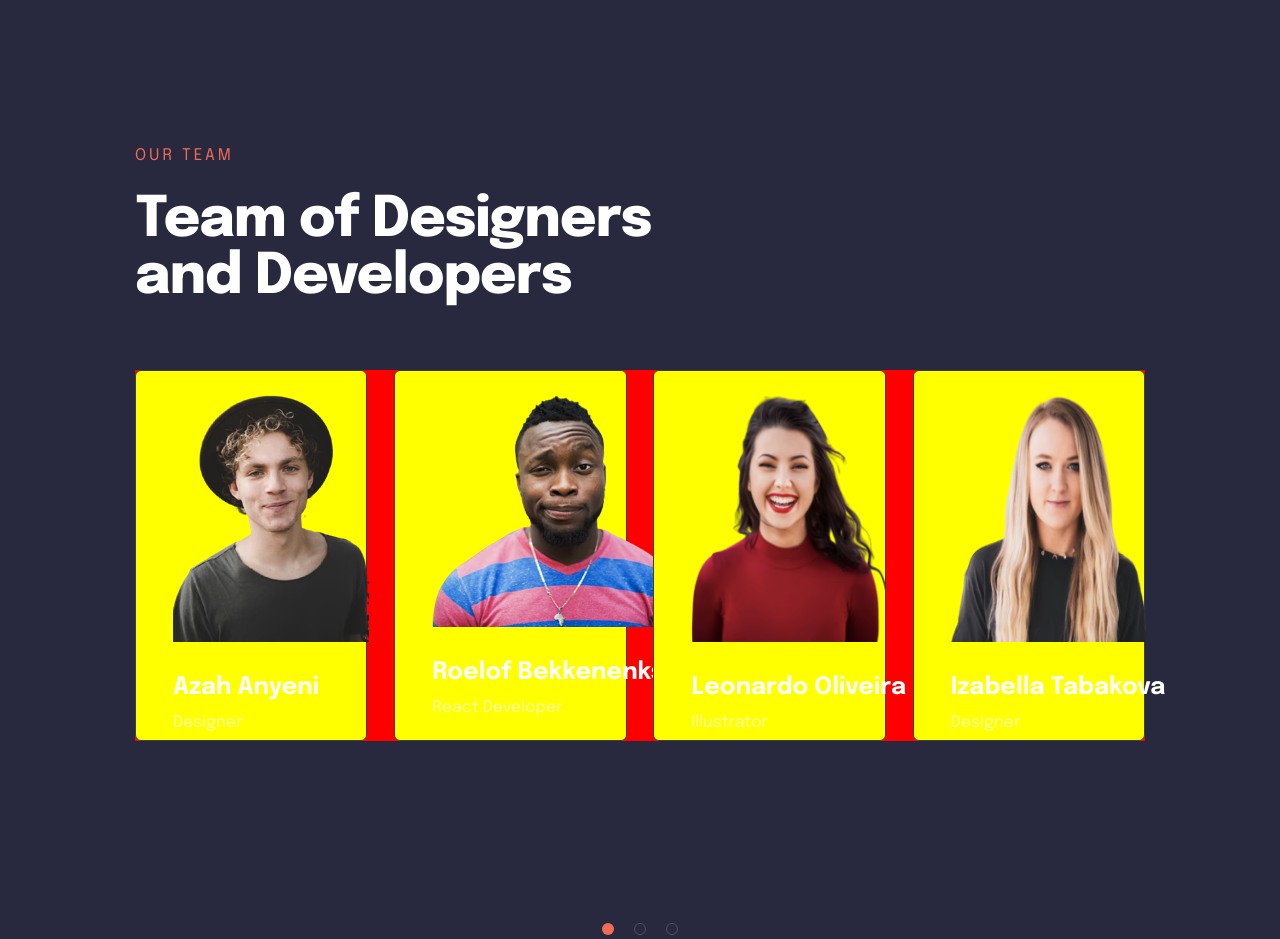
Repository: simralgasimov/ourteam
Page: index.html
The author's editor kept a copy of each file at every save. The page is drawn from the files as they stood at one save, then again after the next save.
The browser window is 1280 px wide. The pictures show the whole page.

Above is the page before, as saved 2023-09-06 13:04:54.

After the next save:
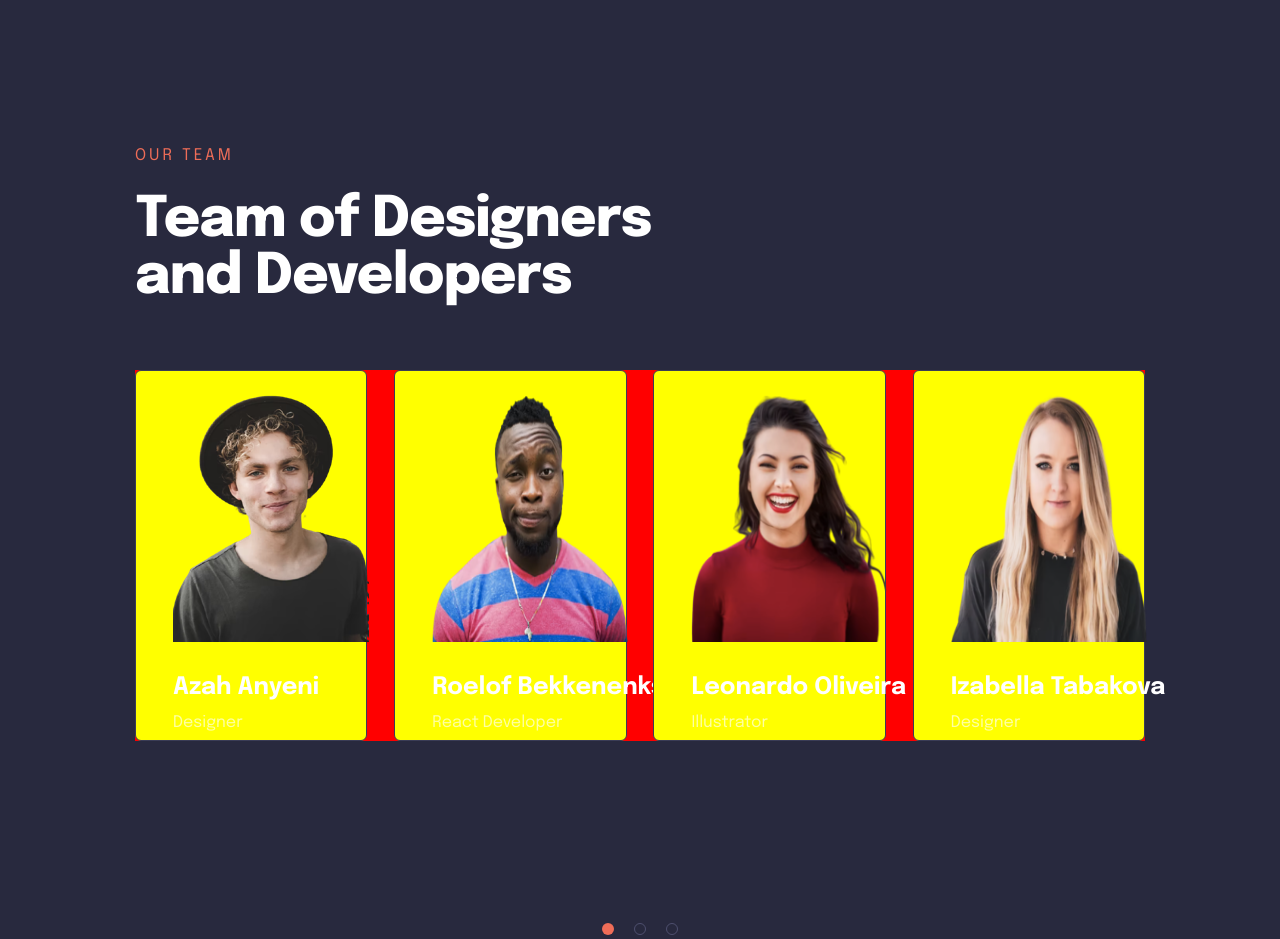
Saved 5 s later.
--- a/index.css
+++ b/index.css
@@ -55,7 +55,7 @@
   height: 247px;
 }
 
-.container-1 .box:first-child img {
+.container-1 .box:nth-child(2) img {
   width: 196px;
   height: 247px;
 }

After the save that followed:
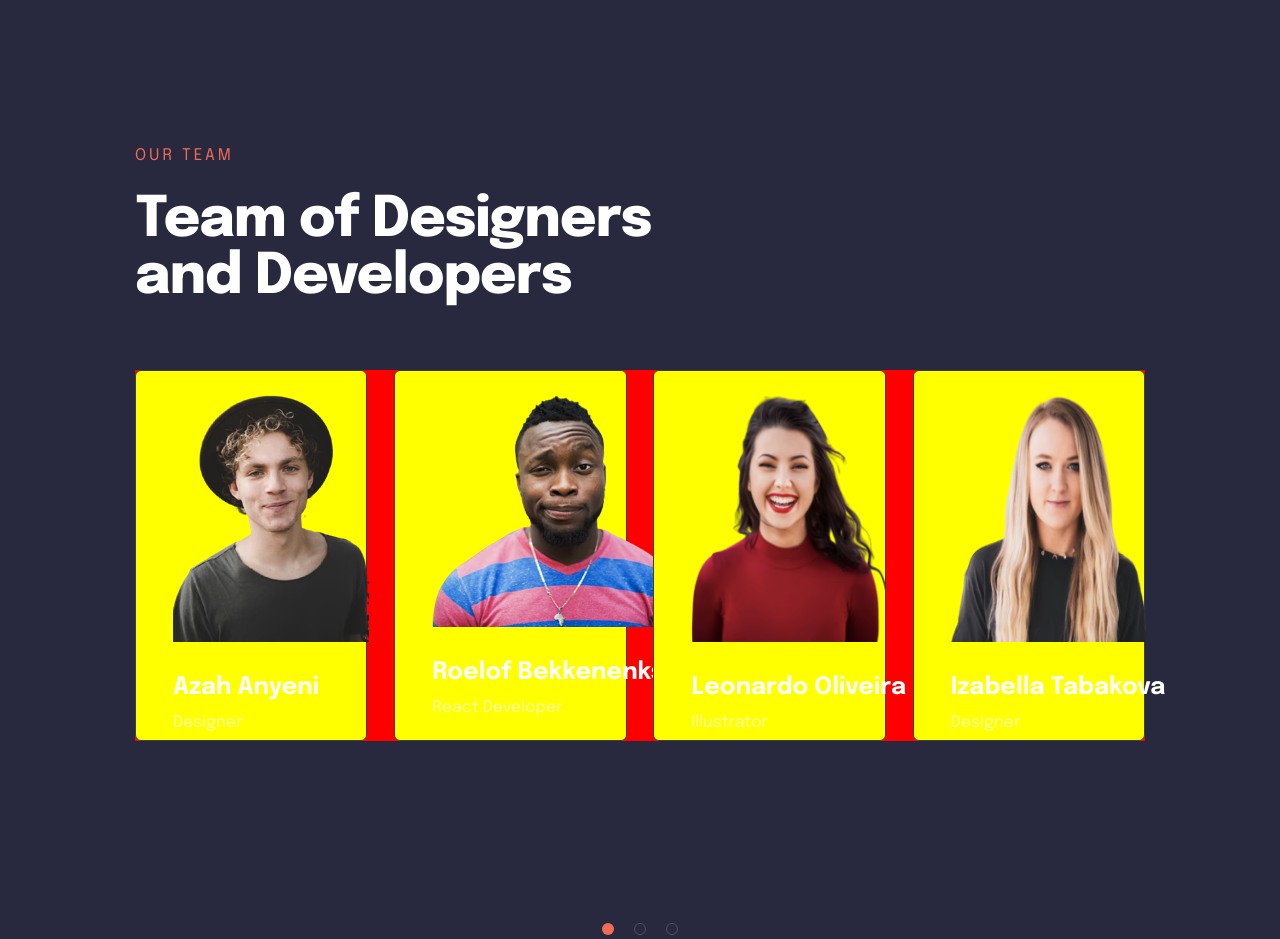
Saved 23 s later.
--- a/index.css
+++ b/index.css
@@ -56,8 +56,8 @@
 }
 
 .container-1 .box:nth-child(2) img {
-  width: 196px;
-  height: 247px;
+  width: 259px;
+  height: 232px;
 }
 .container-1 .box:nth-child(3) img {
   width: 196px;
